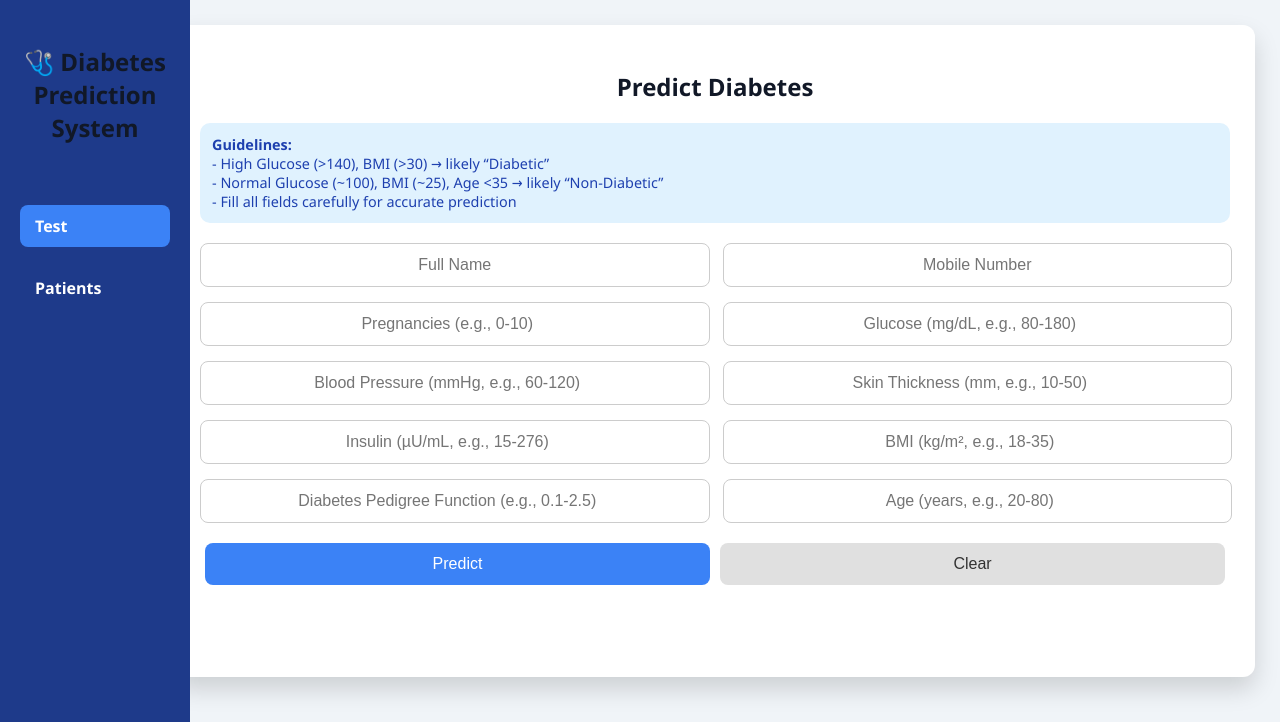
Repository: Aman14150/diabetes-prediction-system
Page: http://localhost/
The author's editor kept a copy of each file at every save. The page is drawn from the files as they stood at one save, then again after the next save.
The browser window is 1280 px wide. The pictures show the whole page.
The page is served by the project's application, run on Flask 3 (app.py).

Above is the page before, as saved 2025-10-07 20:14:32.

### templates/index.html
<!DOCTYPE html>
<html lang="en">

<head>
    <meta charset="UTF-8">
    <title>Diabetes Prediction</title>
    <link rel="stylesheet" href="{{ url_for('static', filename='style.css') }}">
</head>

<body>
    <div class="container">
        <aside class="sidebar">
            <h2>🩺 Diabetes Prediction System</h2>
            <ul>
                <li><a href="/" class="{% if not show_patients %}active{% endif %}">Test</a></li>
                <li><a href="/patients" class="{% if show_patients %}active{% endif %}">Patients</a></li>
            </ul>
        </aside>

        <main class="content">
            {% if not show_patients %}
            <!-- Test Form -->
            <div class="card">
                <h2>Predict Diabetes</h2>
                <div class="guidelines">
                    <strong>Guidelines:</strong><br>
                    - High Glucose (>140), BMI (>30) → likely “Diabetic”<br>
                    - Normal Glucose (~100), BMI (~25), Age <35 → likely “Non-Diabetic”<br>
                        - Fill all fields carefully for accurate prediction
                </div>

                <form id="diabetesForm" action="/predict" method="post">
                    <input type="text" name="name" placeholder="Full Name" required>
                        <input type="tel" name="mobile" placeholder="Mobile Number" required>
                        <input type="number" name="Pregnancies" placeholder="Pregnancies (e.g., 0-10)" step="any" required>
                        <input type="number" name="Glucose" placeholder="Glucose (mg/dL, e.g., 80-180)" step="any" required>
                        <input type="number" name="BloodPressure" placeholder="Blood Pressure (mmHg, e.g., 60-120)" step="any" required>
                        <input type="number" name="SkinThickness" placeholder="Skin Thickness (mm, e.g., 10-50)" step="any" required>
                        <input type="number" name="Insulin" placeholder="Insulin (µU/mL, e.g., 15-276)" step="any" required>
                        <input type="number" name="BMI" placeholder="BMI (kg/m², e.g., 18-35)" step="any" required>
                        <input type="number" name="DiabetesPedigreeFunction" placeholder="Diabetes Pedigree Function (e.g., 0.1-2.5)" step="any" required>
                        <input type="number" name="Age" placeholder="Age (years, e.g., 20-80)" step="any" required>
                    <div class="button-group">
                        <button type="submit" id="predictBtn">Predict</button>
                        <button type="button" id="clearBtn">Clear</button>
                    </div>

                    {% if prediction_text %}
                    <div class="prediction">{{ prediction_text }}</div>
                    {% else %}
                    <div class="prediction">&nbsp;</div>
                    {% endif %}
                </form>
            </div>
            {% else %}
            <!-- Patients Table -->
            <div class="card">
                <h2>Patients List</h2>
                <table>
                    <thead>
                        <tr>
                            <th>Sr. No.</th> <!-- Serial Number -->
                            {% for col in patient_columns[1:] %} <!-- Skip DB ID -->
                            <th>{{ col|capitalize }}</th>
                            {% endfor %}
                            <th>Action</th>
                        </tr>
                    </thead>
                    <tbody>
                        {% for row in patient_data %}
                        <tr>
                            <td>{{ loop.index }}</td> <!-- Sr. No. using Jinja loop.index -->
                            {% for item in row[1:] %} <!-- Skip DB ID -->
                            <td>{{ item }}</td>
                            {% endfor %}
                            <td>
                                <form action="{{ url_for('delete_patient', patient_id=row[0]) }}" method="post"
                                    style="display:inline;">
                                    <button type="submit" class="delete-btn">Delete</button>
                                </form>
                            </td>
                        </tr>
                        {% endfor %}
                    </tbody>
                </table>
            </div>

            {% endif %}
        </main>
    </div>

    <script>
        document.getElementById('clearBtn')?.addEventListener('click', function () {
            document.getElementById('diabetesForm')?.reset();
        });
    </script>
</body>

</html>

### app.py
from flask import Flask, render_template, request, redirect, url_for
import joblib
import pandas as pd
import mysql.connector

app = Flask(__name__)

# MySQL Connection
db = mysql.connector.connect(
    host="127.0.0.1",
    port=3307,
    user="amanR",
    password="Mysql@150",
    database="diabetes_db"
)
cursor = db.cursor()
print("Database Connected successfully ✅")

# Load model & scaler
model = joblib.load("diabetes_model.pkl")
scaler = joblib.load("scaler.pkl")

@app.route('/')
def home():
    return render_template('index.html', prediction_text=None, show_patients=False)

@app.route('/predict', methods=['POST'])
def predict():
    try:
        # Personal info
        name = request.form['name']
        mobile = request.form['mobile']

        # Health data
        data = [float(request.form[key]) for key in [
            "Pregnancies","Glucose","BloodPressure","SkinThickness",
            "Insulin","BMI","DiabetesPedigreeFunction","Age"
        ]]
        input_df = pd.DataFrame([data], columns=[
            "Pregnancies","Glucose","BloodPressure","SkinThickness",
            "Insulin","BMI","DiabetesPedigreeFunction","Age"
        ])
        scaled_input = scaler.transform(input_df)
        prediction = model.predict(scaled_input)[0]
        result = "Diabetic" if prediction == 1 else "Non-Diabetic"

        # Save to MySQL
        sql = """INSERT INTO patients
                 (name, mobile, pregnancies, glucose, blood_pressure, skin_thickness, insulin, bmi, dpf, age, prediction)
                 VALUES (%s,%s,%s,%s,%s,%s,%s,%s,%s,%s,%s)"""
        cursor.execute(sql, (name, mobile, *data, result))
        db.commit()

        return render_template('index.html', prediction_text=f"Prediction: 🩺 {result}", show_patients=False)

    except Exception as e:
        return render_template('index.html', prediction_text=f"Error: {str(e)}", show_patients=False)

@app.route('/patients')
def patients():
    cursor.execute("SELECT * FROM patients")
    rows = cursor.fetchall()
    columns = [desc[0] for desc in cursor.description]
    return render_template('index.html', patient_data=rows, patient_columns=columns, show_patients=True)

@app.route('/delete/<int:patient_id>', methods=['POST'])
def delete_patient(patient_id):
    cursor.execute("DELETE FROM patients WHERE id=%s", (patient_id,))
    db.commit()
    return redirect(url_for('patients'))

if __name__ == '__main__':
    app.run(debug=True)

### static/style.css
body {
    font-family: 'Segoe UI', Tahoma, Geneva, Verdana, sans-serif;
    margin: 0;
    padding: 0;
    background: linear-gradient(135deg,#f0f4f8,#d9e2ec);
}

.container {
    display: flex;
    min-height: 100vh;
}

.sidebar {
    width: 150px;
    background: #1e3a8a;
    color: white;
    padding: 25px 20px;
    display: flex;
    flex-direction: column;
    position: fixed;
    top: 0;
    left: 0;
    height: 100vh;
    overflow-y: auto;
}


.sidebar h2 {
    text-align: center;
    margin-bottom: 25px;
    font-size: 1.5rem;
}

.sidebar ul {
    list-style: none;
    padding: 0;
    flex: 1;
}

.sidebar ul li {
    margin: 20px 0;
}

.sidebar ul li a {
    color: white;
    text-decoration: none;
    font-weight: bold;
    display: block;
    padding: 10px 15px;
    border-radius: 8px;
    transition: background 0.3s;
}

.sidebar ul li a.active, .sidebar ul li a:hover {
    background: #3b82f6;
}

.content {
     flex: 1;
    margin-left: 150px;
    padding: 25px;
    background: #f0f4f8;
}

.card {
    background: white;
    padding: 25px;
    border-radius: 12px;
    box-shadow: 0 12px 25px rgba(0,0,0,0.15);
    margin-bottom: 20px;
}

h2 {
    text-align: center;
    color: #111827;
}

.guidelines {
    background-color: #e0f2fe;
    color: #1e40af;
    padding: 12px;
    border-radius: 10px;
    margin-bottom: 20px;
    font-size: 0.9rem;
    text-align: left;
}

form {
    display: grid;
    grid-template-columns: 1fr 1fr;
    gap: 15px;
}

input {
    width: 100%;
    padding: 12px 0px;
    border-radius: 8px;
    border: 1px solid #ccc;
    font-size: 1rem;
    text-align: center;
}

input:focus {
    outline: none;
    border-color: #3b82f6;
    box-shadow: 0 0 5px rgba(59,130,246,0.5);
}

.button-group {
    grid-column: span 2;
    display: flex;
    justify-content: space-between;
}

button {
    padding: 12px;
    font-size: 1rem;
    border-radius: 8px;
    border: none;
    cursor: pointer;
    flex: 1;
    margin: 5px;
    transition: background-color 0.3s ease;
}

#predictBtn {
    background-color: #3b82f6;
    color: white;
}

#predictBtn:hover {
    background-color: #1e40af;
}

#clearBtn {
    background-color: #e0e0e0;
    color: #333;
}

#clearBtn:hover {
    background-color: #bdbdbd;
}

.prediction {
    grid-column: span 2;
    text-align: center;
    margin-top: 20px;
    font-size: 1.2rem;
    font-weight: bold;
    color: #3b82f6;
}

table {
    width: 100%;
    border-collapse: collapse;
}

table, th, td {
    border: 1px solid #ccc;
}

th, td {
    padding: 12px;
    text-align: center;
}

th {
    background: #3b82f6;
    color: white;
}

.delete-btn {
    background: #ef4444;
    color: white;
    padding: 6px 12px;
    border-radius: 6px;
    border: none;
    cursor: pointer;
    transition: 0.3s;
}

.delete-btn:hover {
    background: #b91c1c;
}

After the next save:
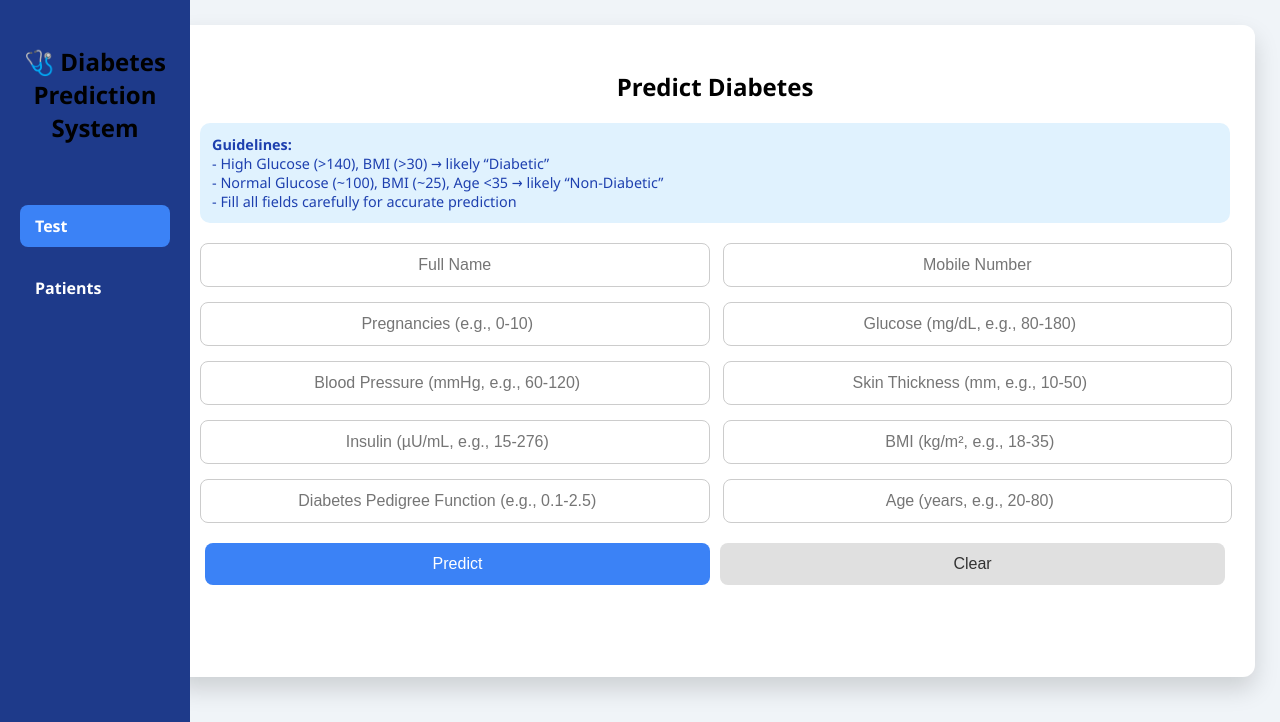
Saved 17 s later.
--- a/static/style.css
+++ b/static/style.css
@@ -72,7 +72,7 @@ body {
 
 h2 {
     text-align: center;
-    color: #111827;
+    color: #000000;
 }
 
 .guidelines {
